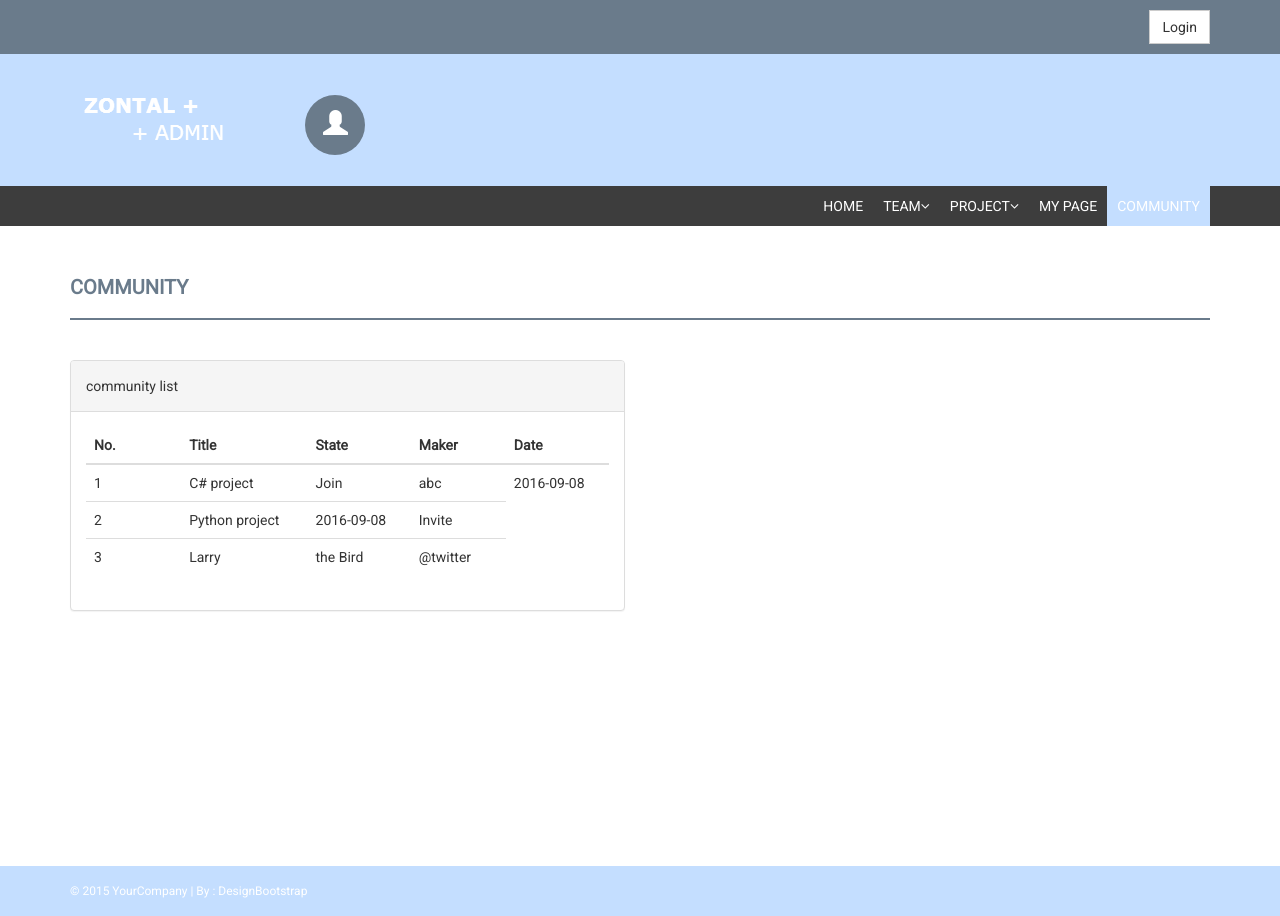
Repository: hwju91/skuniv
Page: http://localhost/0903.2/WEB-INF/jsp/community/communityselect.jsp
An editor plug-in stored every save of this project. The page is shown before and after the next save, followed by the edit.
The browser window is 1280 px wide. The pictures show the whole page.
The page is served by Tomcat 9. Nobody is signed in. Other server files are loaded and not shown. The template is opened directly, without the code that normally fills it, so the values that code supplies are empty.

Above is the page before, as saved 2016-09-08 12:08:11.

### 0903.2/WebContent/WEB-INF/jsp/community/communityselect.jsp
<%@ page language="java" contentType="text/html; charset=UTF-8"
	pageEncoding="UTF-8"%>
<jsp:include page="../header_community.jsp" />
<jsp:include page="../nav.jsp" />
<jsp:include page="../menu_community.jsp" />

<div class="row">
	<div class="col-md-12">
		<h4 class="page-head-line">community</h4>
	</div>
</div>

<div class="row">
<div class="col-md-6">
                     <!--   Basic Table  -->
 	<div class="panel panel-default">
                        <div class="panel-heading">
                            community list
                        </div>
                        <div class="panel-body">
                            <div class="table-responsive">
                                <table class="table">
                                    <thead>
                                        <tr>
                                            <th>No.</th>
                                            <th>Title</th>
                                            <th>State</th>
                                            <th>Maker</th>
                                            <th>Date</th>

                                        </tr>
                                    </thead>
                                    <tbody>
                                        <tr>
                                            <td>1</td>
                                            <td>C# project</td>
                                            <td>Join</td>
                                            <td>abc</td>
                                            <td>2016-09-08</td>
                                        </tr>
                                        <tr>
                                            <td>2</td>
                                            <td>Python project</td>
                                            <td>2016-09-08</td>
                                            <td>Invite</td>

                                        </tr>
                                        <tr>
                                            <td>3</td>
                                            <td>Larry</td>
                                            <td>the Bird</td>
                                            <td>@twitter</td>
                                        </tr>
                                    </tbody>
                                </table>
                            </div>
                        </div>
                    </div>
                      <!-- End  Basic Table  -->
                </div>
</div>


<jsp:include page="../footer.jsp" />

### 0903.2/WebContent/WEB-INF/jsp/header_community.jsp
<%@ page language="java" contentType="text/html; charset=UTF-8"
    pageEncoding="UTF-8"%>
<!DOCTYPE html PUBLIC "-//W3C//DTD HTML 4.01 Transitional//EN" "http://www.w3.org/TR/html4/loose.dtd">
<html>
<head>
    <title>Winder</title>

    <link href="css/bootstrap.css" rel="stylesheet" />
    <link href="css/font-awesome.css" rel="stylesheet" />
    <link href="css/style.css" rel="stylesheet" />
    <!-- <link rel="stylesheet" href="https://cdnjs.cloudflare.com/ajax/libs/ionicons/2.0.1/css/ionicons.min.css"> -->

</head>
</head>

### 0903.2/WebContent/WEB-INF/jsp/nav.jsp
<%@ page language="java" contentType="text/html; charset=UTF-8"
    pageEncoding="UTF-8"%>
<body>
    <header>
        <div class="container">
            <div class="row">
                <div class="col-md-12">
                    <!-- <strong>Email: </strong>info@yourdomain.com
                    &nbsp;&nbsp;
                    <strong>Support: </strong>+90-897-678-44 -->
                    <%
                    if("loginok".equals((String)session.getAttribute("loginchk"))){
                    	%>
                    	<a class="btn btn-default" href="logout">Logout</a>
                    <%}
                    else{
                    %>
                    	<a class="btn btn-default" href="login">Login</a>
                    <% }%>

                </div>

            </div>
        </div>
    </header>
    <!-- HEADER END-->
    <div class="navbar navbar-inverse set-radius-zero">
        <div class="container">
            <div class="navbar-header">
                <button type="button" class="navbar-toggle" data-toggle="collapse" data-target=".navbar-collapse">
                    <span class="icon-bar"></span>
                    <span class="icon-bar"></span>
                    <span class="icon-bar"></span>
                </button>
                <a class="navbar-brand" href="index.html">
                    <img src="img/logo.png" />
                </a>

            </div>

            <div class="left-div">
                <div class="user-settings-wrapper">
                    <ul class="nav">

                        <li class="dropdown">
                            <a class="dropdown-toggle" data-toggle="dropdown" href="#" aria-expanded="false">
                                <span class="glyphicon glyphicon-user" style="font-size: 25px;"></span>
                            </a>
                            <div class="dropdown-menu dropdown-settings" style="color: #fff">
                                <div class="media">
                                    <a class="media-left" href="#">
                                        <img src="img/64-64.jpg" alt="" class="img-rounded" />
                                    </a>
                                    <div class="media-body">
                                        <h4 class="media-heading">Jhon Deo Alex </h4>
                                        <h5>Developer & Designer</h5>

                                    </div>
                                </div>
                                <hr />
                                <h5><strong>Personal Bio : </strong></h5>
                                Anim pariatur cliche reprehen derit.
                                <hr />
                                <a href="#" class="btn btn-info btn-sm">Full Profile</a>&nbsp; <a href="login.html" class="btn btn-danger btn-sm">Logout</a>

                            </div>
                        </li>


                    </ul>
                </div>
            </div>
        </div>
    </div>
    <!-- LOGO HEADER END-->

### 0903.2/WebContent/WEB-INF/jsp/menu_community.jsp
<%@ page language="java" contentType="text/html; charset=UTF-8"
    pageEncoding="UTF-8"%>
<%@taglib prefix="c"  uri="http://java.sun.com/jsp/jstl/core" %>
<section class="menu-section">
        <div class="container">
            <div class="row">
                <div class="col-md-12">
                    <div class="navbar-collapse collapse ">
                        <ul id="menu-top" class="nav navbar-nav navbar-right">
                            <li><a class="menu-top" href="home">Home</a></li>
                            <li class="dropdown">
                                <a href="#" class="dropdown-toggle" data-toggle="dropdown">Team<i class="fa fa-angle-down"></i></a>
                                <ul class="dropdown-menu">
                                	<li><a href="teamList">팀 List</a></li>
                                    <li><a href="teamCreateform">팀 생성</a></li>
                                    <c:forEach items="${teammenu }" var="tmenu">
                                    <li><a href="projectlist?tno=${tmenu.tno }">${tmenu.name }</a></li>
                                    </c:forEach>
                                </ul>
                            </li>
                            <li class="dropdown">
                                <a href="#" class="dropdown-toggle" data-toggle="dropdown">Project<i class="fa fa-angle-down"></i></a>
                                <ul class="dropdown-menu">
                                    <li><a href="projectform">프로젝트 생성</a></li>
                                    <c:forEach items="${projectmenu }" var="pmenu">
                                    <li><a href="projectmain?pno=${pmenu.pno }">${pmenu.name }</a></li>
                                    </c:forEach>
                                </ul>
                            </li>
                             <li><a href="mypage">My Page</a></li>
							 <li><a class="menu-top-active" href="communitylist">community</a></li>
                        </ul>
                    </div>
                </div>

            </div>
        </div>
    </section>
    <!-- MENU SECTION END-->
    <div class="content-wrapper">
        <div class="container">

### 0903.2/WebContent/WEB-INF/jsp/footer.jsp
<%@ page language="java" contentType="text/html; charset=UTF-8"
    pageEncoding="UTF-8"%>
 </div>
    </div>
    <!-- CONTENT-WRAPPER SECTION END-->
    <footer>
        <div class="container">
            <div class="row">
                <div class="col-md-12">
                    &copy; 2015 YourCompany | By : <a href="http://www.designbootstrap.com/" target="_blank">DesignBootstrap</a>
                </div>

            </div>
        </div>
    </footer>
    <!-- script -->
<script src="js/jquery-2.2.3.min.js"></script>
<script src="js/bootstrap.js"></script>
</body>
</html>

### 0903.2/WebContent/css/style.css

/*=============================================================
    Authour URL: www.designbootstrap.com

    http://www.designbootstrap.com/

    License: MIT

    http://opensource.org/licenses/MIT

    100% Free To use For Personal And Commercial Use.

    IN EXCHANGE JUST TELL PEOPLE ABOUT THIS WEBSITE

========================================================  */


/* =============================================================
   GENERAL STYLES
 ============================================================ */

@import url(http://fonts.googleapis.com/css?family=Roboto); /* FREE GOOGLE FONT */

body {
    font-family: 'Roboto', sans-serif;
    line-height: 30px;
}

.set-radius-zero {
    border-radius: 0px;
    -moz-border-radius: 0px;
    -webkit-border-radius: 0px;
}

.content-wrapper {
    margin-top: 40px;
    min-height: 600px;
    padding-bottom: 60px;
}

.page-head-line {
    font-weight: 900;
    padding-bottom: 20px;
    border-bottom: 2px solid #6A7B8B;
    text-transform: uppercase;
    color: #6A7B8B;
    font-size: 20px;
    margin-bottom: 40px;
}

.btn {
    border-radius: 0px;
    -webkit-border-radius: 0px;
    -moz-border-radius: 0px;
}

.progress {
    height: 8px;
    border-radius: 0px;
    -webkit-border-radius: 0px;
    -moz-border-radius: 0px;
}
.login-icon {
    height: 60px;
width: 60px;
padding: 13px;
border-radius: 50%;
font-size: 30px;
margin-bottom: 20px;
color: #fff;
text-align: center;
cursor:pointer;
background-color:#6A7B8B;
-webkit-border-radius:50%;
    -moz-border-radius:50%;
}
/* =============================================================
   HEADER SECTION STYLES
 ============================================================ */
header {
    background-color: #6A7B8B;
    color: #fff;
    padding: 10px;
    text-align: right;
}


/* =============================================================
   LOGO SECTION STYLES
 ============================================================ */
.left-div {
    padding-left: 30px;
    margin-top: 40px;
    margin-bottom: 30px;
}

.navbar-brand {
    width: 250px;
    padding-top: 30px;
}

/* USER SETTINGS DIV */
.user-settings-wrapper .nav > li > a {
    position: relative;
    display: block;
    padding: 15px 18px;
    border-radius: 50%;
    -webkit-border-radius: 50%;
    -moz-border-radius: 50%;
    height: 60px;
    width: 60px;
    background-color: #6A7B8B;
    color: #fff;
}

.user-settings-wrapper {
    margin-top: 10px;
}

    .user-settings-wrapper li {
        display: inline-block;
    }

    .user-settings-wrapper .dropdown-settings {
        width: 200px;
        padding: 10px;
    }

    .user-settings-wrapper .nav > li > a:hover,.user-settings-wrapper .nav > li > a:focus {
        text-decoration: none;
        background-color: #C4DEFF!important;
    }

    .user-settings-wrapper img {
        height: 64px;
        width: 64px;
        border: 1px solid #000000;
    }

    .user-settings-wrapper .dropdown-menu {
        margin: 0px;
        border-radius: 0px!important;
        -moz-border-radius: 0px!important;
        -webkit-border-radius: 0px!important;
    }

    .user-settings-wrapper .btn {
        border-radius: 0px!important;
        -moz-border-radius: 0px!important;
        -webkit-border-radius: 0px!important;
    }

    .user-settings-wrapper .media-heading {
        padding-top: 10px;
    }

/* MENU LINKS SECTION*/

.menu-section {
    background-color: #3D3D3D;
}

#menu-top a {
    color: #FFF;
    text-decoration: none;
    font-weight: 500;
    padding: 10px 10px 10px 10px;
    text-transform: uppercase;
}

.menu-top-active {
    background-color: #C4DEFF;
}

.menu-section .nav > li > a:hover,.menu-section .nav > li > a:focus {
    background-color: #6A7B8B!important;
}

.menu-section .dropdown-menu > li > a:hover,.menu-section .dropdown-menu > li > a:focus {
    background-color: #6A7B8B!important;
}

.navbar-inverse {
    background-color: #C4DEFF;
    border-color: transparent;
}

.navbar-toggle {
    background-color: #6A7B8B;
    border: 1px solid #fff;
}

.navbar {
    margin-bottom: 0px;
}
/* =============================================================
   FOOTER SECTION STYLES
 ============================================================ */
footer {
    padding: 10px;
    color: #fff;
    font-size: 12px;
    background-color: #C4DEFF;
}

    footer a, footer a:hover {
        color: #fff;
        text-decoration: none;
    }

/*==============================================
    DASHBOARD  STYLES
 =============================================*/

/* DASHBOARD ICONS */

.bk-clr-one {
    background-color: #B9B739;
}

.bk-clr-two {
    background-color: #F94C4C;
}

.bk-clr-three {
    background-color: #119c7e;
}

.bk-clr-four {
    background-color: #b739b9;
}

.dashboard-div-icon {
    height: 75px;
    width: 75px;
    border: 2px solid #fff;
    padding: 20px;
    border-radius: 50%;
    -webkit-border-radius:50%;
    -moz-border-radius:50%;
    font-size: 30px;
    margin-bottom: 20px;
    color: #fff;
}

.dashboard-div-wrapper {
    border-radius: 5px;
    text-align: center;
    padding: 15px;
    color: #fff;
    margin-bottom: 50px;
}

    .dashboard-div-wrapper .progress {
        height: 2px;
    }

/* NOTICE BOARD */


.notice-board .panel {
    border-radius: 0px;
    -webkit-border-radius: 0px;
    -moz-border-radius: 0px;
}

.notice-board ul {
    padding-left: 0px;
    list-style: none;
}

.notice-board li {
    padding: 10px;
    border-bottom: 1px solid #E5E5E5;
}

    .notice-board li span {
        margin-right: 10px;
        border: 1px solid #DBDBDB;
        padding: 5px;
    }

    .notice-board li a, li a:hover {
        text-decoration: none;
        color: #000;
    }

/* SOCIAL BUTTONS */
.btn-social {
    color: white;
    opacity: 0.8;
}

    .btn-social:hover {
        color: white;
        opacity: 1;
        text-decoration: none;
    }

.btn-facebook {
    background-color: #3b5998;
}

.btn-twitter {
    background-color: #00aced;
}

.btn-linkedin {
    background-color: #0e76a8;
}

.btn-google {
    background-color: #c32f10;
}

Loaded but not shown: 0903.2/WebContent/css/bootstrap.css (library); 0903.2/WebContent/css/font-awesome.css (library); 0903.2/WebContent/js/jquery-2.2.3.min.js (library); 0903.2/WebContent/js/bootstrap.js (library)

After the next save:
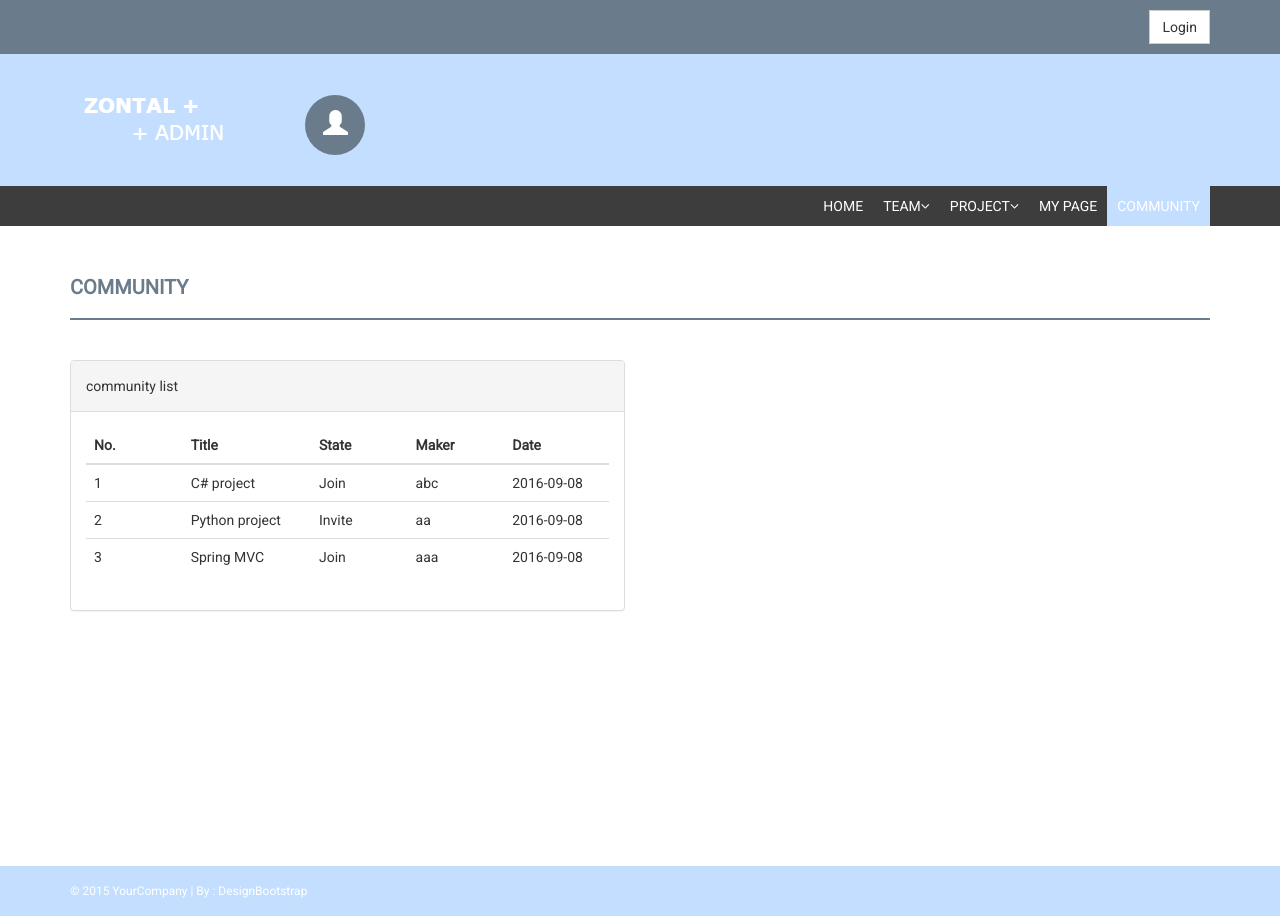
Saved 61 s later.
--- a/0903.2/WebContent/WEB-INF/jsp/community/communityselect.jsp
+++ b/0903.2/WebContent/WEB-INF/jsp/community/communityselect.jsp
@@ -41,15 +41,17 @@
                                         <tr>
                                             <td>2</td>
                                             <td>Python project</td>
+                                            <td>Invite</td>
+                                            <td>aa</td>
                                             <td>2016-09-08</td>
-                                            <td>Invite</td>
 
                                         </tr>
                                         <tr>
                                             <td>3</td>
-                                            <td>Larry</td>
-                                            <td>the Bird</td>
-                                            <td>@twitter</td>
+                                            <td>Spring MVC</td>
+                                            <td>Join</td>
+                                            <td>aaa</td>
+                                            <td>2016-09-08
                                         </tr>
                                     </tbody>
                                 </table>
